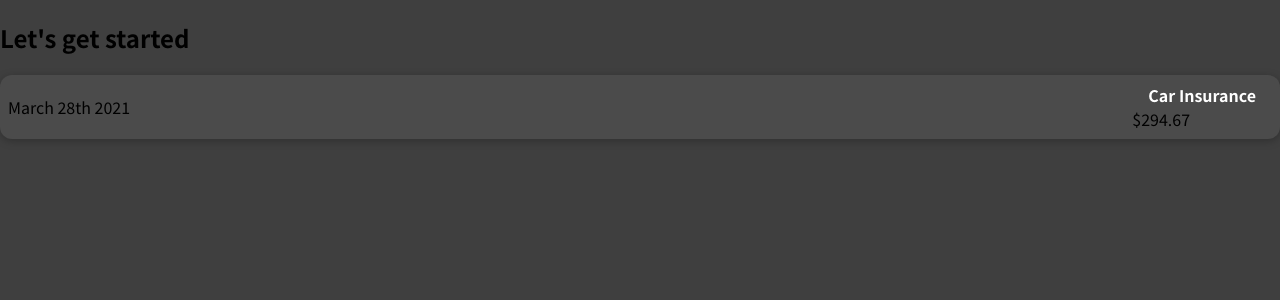
Repository: runner855/expense-tracker
Page: /
These files come from the project's save history. The page is drawn as it stood at one moment and after the next save; the edit follows.
The browser window is 1280 px wide. The pictures show the whole page.
The project was rebuilt for these pictures with package versions that can differ from the ones it lists, and the page was loaded fresh each time.

Above is the page before, as saved 2022-09-02 11:19:03.

### src/index.js
import React from 'react';
import ReactDOM from 'react-dom/client';
import './styles/index.css';
import App from './components/App';

const root = ReactDOM.createRoot(document.getElementById('root'));
root.render(
  <React.StrictMode>
    <App />
  </React.StrictMode>
);

### src/components/App.js
import React from 'react';
import ExpenseItem from './ExpenseItem';


const App = () => {
  return (
    <div className="App">
      <h2>Let's get started</h2>
      <ExpenseItem />
    </div>
  );
}

export default App;

### src/components/ExpenseItem.js
import React from 'react';
import '../styles/ExpenseItem.css'


const ExpenseItem = () => {
  return (
    <div className='expense-item'>
      <div>March 28th 2021</div>
      <div>
        <h2>Car Insurance</h2>
        <div>$294.67</div>
      </div>
    </div>
  );
}

export default ExpenseItem;

### src/styles/ExpenseItem.css
.expense-item {
  display: flex;
  justify-content: space-between;
  align-items: center;
  box-shadow: 0 2px 8px rgba(0, 0, 0, 0.25);
  padding: 0.5rem;
  margin: 1rem 0;
  border-radius: 12px;
  background-color: #4b4b4b;
}

.expense-item__description {
  display: flex;
  flex-direction: column;
  gap: 1rem;
  align-items: flex-end;
  flex-flow: column-reverse;
  justify-content: flex-start;
  flex: 1;
}

.expense-item h2 {
  color: #3a3a3a;
  font-size: 1rem;
  flex: 1;
  margin: 0 1rem;
  color: white;
}

.expense-item__price {
  font-size: 1rem;
  font-weight: bold;
  color: white;
  background-color: #40005d;
  border: 1px solid white;
  padding: 0.5rem;
  border-radius: 12px;
}

@media (min-width: 580px) {
  .expense-item__description {
    flex-direction: row;
    align-items: center;
    justify-content: flex-start;
    flex: 1;
  }

  .expense-item__description h2 {
    font-size: 1.25rem;
  }

  .expense-item__price {
    font-size: 1.25rem;
    padding: 0.5rem 1.5rem;
  }
}

Loaded but not shown: public/index.html (common file); src/styles/index.css (common file)

After the next save:
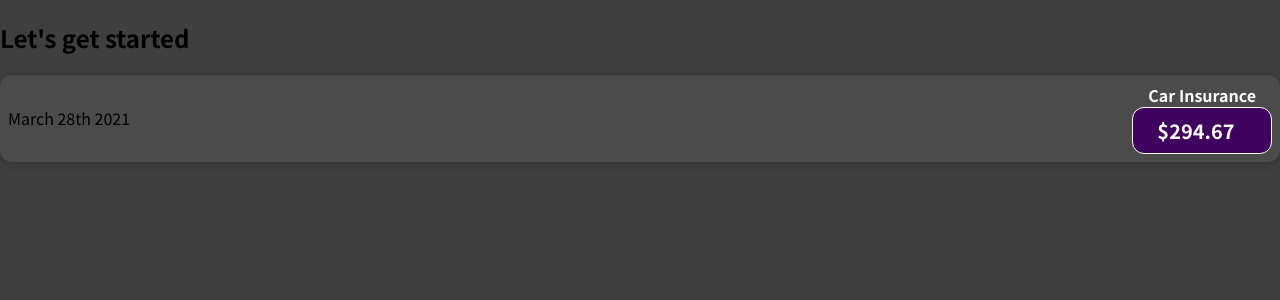
Saved 40 s later.
--- a/src/components/ExpenseItem.js
+++ b/src/components/ExpenseItem.js
@@ -8,7 +8,7 @@ const ExpenseItem = () => {
       <div>March 28th 2021</div>
       <div>
         <h2>Car Insurance</h2>
-        <div>$294.67</div>
+        <div className='expense-item__price'>$294.67</div>
       </div>
     </div>
   );
